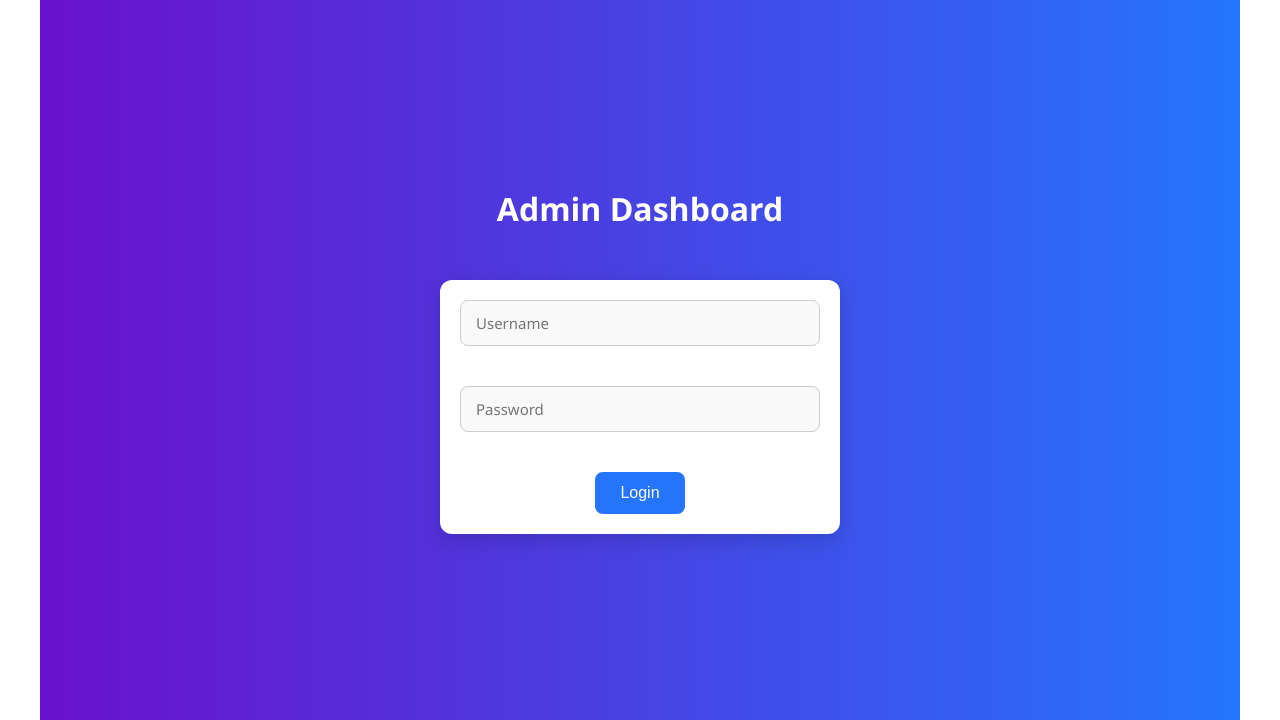
Repository: AfifaNoor/CRUD
Page: /
An editor plug-in stored every save of this project. The page is shown before and after the next save, followed by the edit.
The browser window is 1280 px wide. The pictures show the whole page.
The project was rebuilt for these pictures with package versions that can differ from the ones it lists, and the page was loaded fresh each time. Also part of the build but not shown: src/DashBoard.jsx, src/AddEmployee.jsx.

Above is the page before, as saved 2025-06-14 14:49:12.

After the next save:
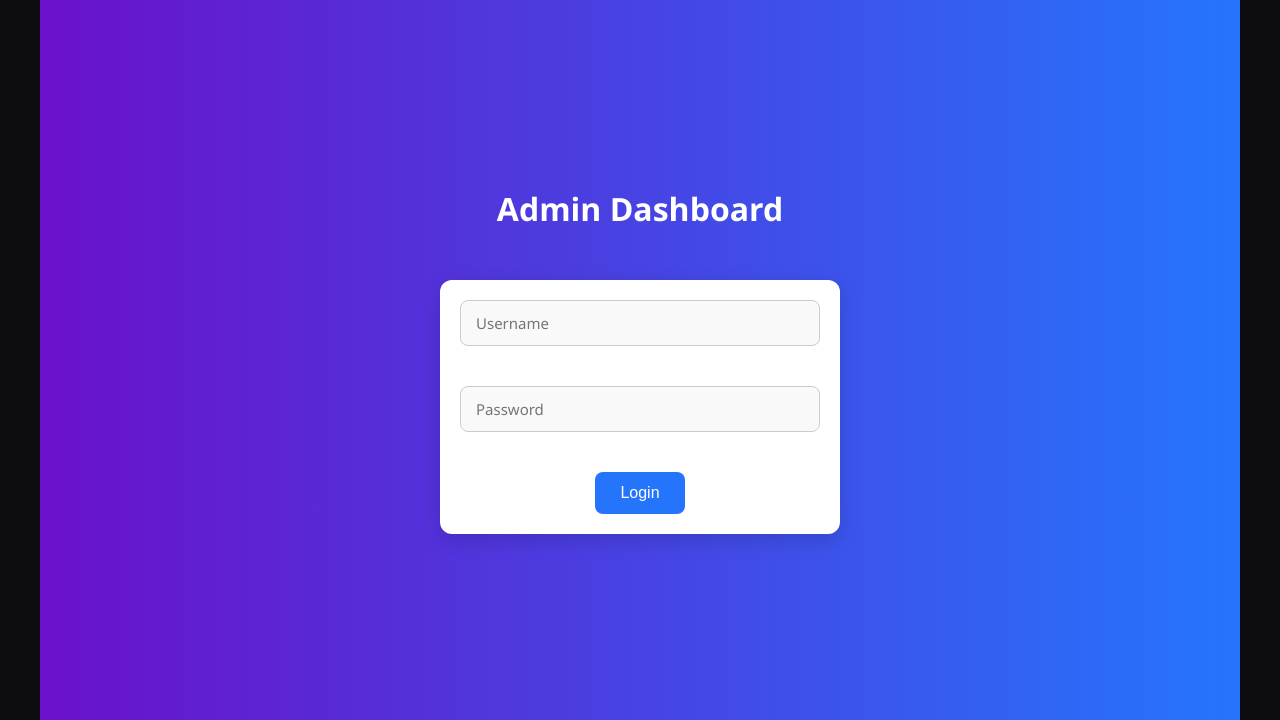
Saved 2 h 32 min later.
--- a/src/DashBoard.css
+++ b/src/DashBoard.css
@@ -1,101 +1,81 @@
-/* Dashboard.css */
+/* Dashboard.css (Modern Dark Theme) */
 
-.dashboard-page {
-  padding: 30px;
-  max-width: 1000px;
-  margin: auto;
+body {
+  background-color: #0d0d11;
+  margin: 0;
   font-family: 'Segoe UI', Tahoma, Geneva, Verdana, sans-serif;
-    background-color: #f5f7fa;
-    border-radius: 12px;
-    box-shadow: 0 4px 10px rgba(0, 0, 0, 0.1);
-    display: flex;
-    flex-direction: column;
-    align-items: center;
-    justify-content: center;
-    gap: 20px;
-    background-color: #ffffff;
-    padding: 40px;
-    border: 1px solid #e0e0e0;
-    border-radius: 12px;
-  box-sizing: border-box;
+  color: #f0f0f5;
 }
 
-h2 {
-  text-align: center;
-  color: #333;
-  margin-bottom: 30px;
-    font-size: 24px;
-    font-weight: 600;
-
+/* Main container */
+.dashboard-page {
+  max-width: 1200px;
+  margin: 50px auto;
+  padding: 40px;
+  background: #13131a;
+  border-radius: 16px;
+  box-shadow: 0 0 20px rgba(72, 61, 139, 0.2);
 }
 
+/* Title */
+h2 {
+  font-size: 28px;
+  color: #ffffff;
+  text-align: center;
+  margin-bottom: 30px;
+  font-weight: 600;
+}
+
+/* Employee Grid */
 .employee-detail {
   display: grid;
   grid-template-columns: repeat(auto-fit, minmax(280px, 1fr));
-  gap: 20px;
-  margin-bottom: 30px;
-    padding: 20px;
-    box-sizing: border-box;
-    background-color: #ffffff;
-    border-radius: 12px;
-    box-shadow: 0 2px 8px rgba(0, 0, 0, 0.1);
-    font-family: 'Segoe UI', Tahoma, Geneva, Verdana, sans-serif;
-    font-size: 16px;
-    color: #555;
-    font-weight: 500;
-    padding: 20px;
-    box-sizing: border-box;
-    background-color: #f5f7fa;
-
+  gap: 24px;
+  margin-bottom: 40px;
 }
 
+/* Employee Card */
 .employee-card {
-  background-color: #f5f7fa;
-  border-left: 5px solid #4a90e2;
+  background: #1b1b24;
+  border-left: 5px solid #6c63ff;
   padding: 20px;
   border-radius: 12px;
-  box-shadow: 0 4px 10px rgba(0, 0, 0, 0.1);
-  transition: transform 0.3s ease;
-  display: flex;
-    flex-direction: column;
-    align-items: center;
-    justify-content: center;
-
+  box-shadow: 0 4px 12px rgba(108, 99, 255, 0.2);
+  transition: transform 0.3s ease, box-shadow 0.3s ease;
 }
 
 .employee-card:hover {
-  transform: translateY(-5px);
-
+  transform: translateY(-4px);
+  box-shadow: 0 6px 18px rgba(108, 99, 255, 0.3);
 }
 
 .employee-card p {
-  margin: 6px 0;
+  margin: 8px 0;
   font-size: 15px;
-  color: #333;
-  font-weight: 500;
-
+  color: #e0e0e0;
 }
 
+/* Add Employee Button Container */
 .add-employee-btn {
   display: flex;
   justify-content: center;
-  margin-top: 20px;
 }
 
+/* Add Employee Button */
 .add-employee {
-  background: linear-gradient(to right, #4a90e2, #357ab8);
-  color: #fff;
+  background: linear-gradient(to right, #6c63ff, #5a52d4);
+  color: #ffffff;
   border: none;
-  padding: 12px 30px;
+  padding: 12px 36px;
   font-size: 16px;
   font-weight: 600;
-  border-radius: 8px;
+  border-radius: 10px;
   cursor: pointer;
-  box-shadow: 0 4px 12px rgba(0, 0, 0, 0.15);
-  transition: background-color 0.3s ease, transform 0.2s ease;
+  transition: all 0.3s ease;
+  box-shadow: 0 4px 15px rgba(108, 99, 255, 0.4);
 }
 
 .add-employee:hover {
-  background: linear-gradient(to right, #357ab8, #2c5f99);
+  background: linear-gradient(to right, #5a52d4, #483cc0);
   transform: translateY(-2px);
 }
